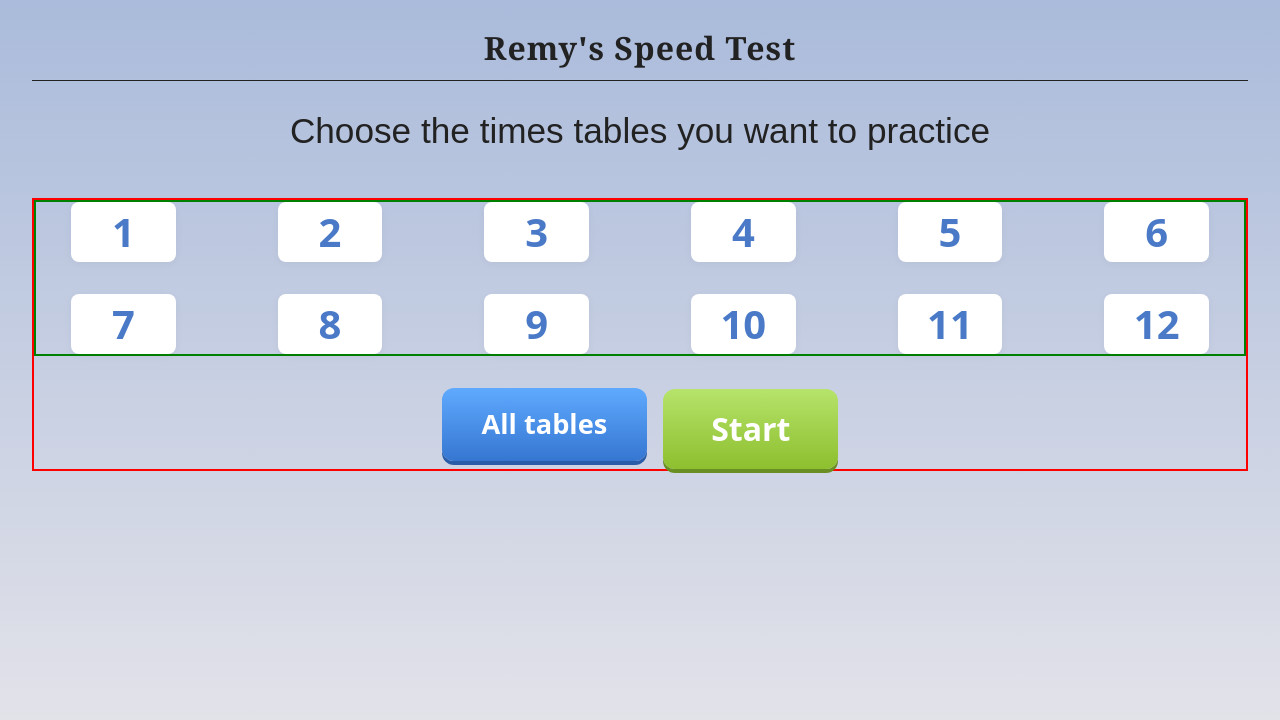
Repository: Chinurum-Omenuko/remys-speed-test
Page: / (app in app/)
These files come from the project's save history. The page is drawn as it stood at one moment and after the next save; the edit follows.
The browser window is 1280 px wide. The pictures show the whole page.
The project was rebuilt for these pictures with package versions that can differ from the ones it lists, and the page was loaded fresh each time. The framework's server and built-in components were replaced by stand-ins that run in the browser. Also part of the build but not shown: app/svelte.config.js, app/vite.config.ts.

Above is the page before, as saved 2025-11-17 12:48:18.

### app/src/routes/+page.svelte

<script lang="ts">
	import { goto } from "$app/navigation";
	import { GameStore } from "../stores/gameStore.svelte";

	let store = GameStore;
	let chosenTables = store.getTables()
	const tables = Array.from({ length: 12 }, (_, i) => i + 1);

	function selectTable(table: number) {
		store.addTables(table)
	}

	function allTables(){
		tables.forEach(table => {
			let index = chosenTables.indexOf(table)
			if(!chosenTables.includes(table)){
				selectTable(table)
				return
			}
			chosenTables.splice(index, 1)
		});
	}


	function start() {
		store.generateQuestions(chosenTables)
		goto("/test")
	}



	function lastResults() {
		alert('Show last results');
	}
</script>
<div class="landing-bg">
	<div style="padding: 1.5rem 2rem 0 2rem;">
		<h1 class="title">Remy's Speed Test</h1>
		<div class="dotted"></div>
		<h2 class="subtitle">Choose the times tables you want to practice</h2>
		<div class="content">
			<div class="tables-grid">
				{#each tables as table}
					<button
						type="button"
						class="table-btn {chosenTables.includes(table) ? 'selected' : ''}"
						on:click={() => {

							selectTable(table)
							}}
						aria-pressed={chosenTables[table] === table}
					>
						{table}
					</button>
				{/each}
			</div>
			<div class="actions">
				<div class="left-actions">
					{#if chosenTables.length == 12}
						<button class="blue-btn" on:click={allTables}>Deselect All Tables</button>
					{:else}
						<button class="blue-btn" on:click={allTables}>All tables</button>
					{/if}
				</div>
				<button class="green-btn" on:click={start}>Start</button>
			</div>
		</div>
	</div>
</div>

<style>
	.landing-bg {
		background: linear-gradient(180deg, #aabbdb, #e2e2e9);
		min-height: 100vh;
		max-width: 100vw;
		padding: 0;
		margin: 0;
	}
	.title {
		font-size: 2rem;
		font-weight: 700;
		margin: 0 0 0.5rem 0;
		letter-spacing: 1px;
		color: #222;
		font-family: Georgia, 'Times New Roman', Times, serif;
		text-align: center;
	}
	.dotted {
		border-bottom: 1px solid #222;
		margin-bottom: 1.5rem;
	}
	.subtitle {
		font-size: 2.2rem;
		font-weight: 100;
		margin-bottom: 2.5rem;
		text-align: center;
		color: #222;
		font-family: Arial, Helvetica, sans-serif;
	}

	.content{
		display: flex;
		flex-direction: column;
		border: solid 2px red;
		justify-content: center;
		align-items: center;
		max-width: 100vw;
		max-height: 80vh;
	}
	.tables-grid {
		display: grid;
		grid-template-columns: repeat(6, 1fr);
		gap: 2rem;
		border: solid 2px green;
		width: 100%;
	}
	.table-btn {
		background: #fff;
		border-radius: 8px;
		font-size: 2.5rem;
		font-weight: 700;
		color: #4a7ac7;
		width: 60%;
		height: 100%;
		display: flex;
		align-items: center;
		justify-content: center;
		cursor: pointer;
		transition: box-shadow 0.2s, border 0.2s;
		margin: 0 auto;
		box-shadow: 0 2px 8px rgba(0,0,0,0.04);
	}
	.table-btn.selected {
		border: 3px solid #2e5eaa;
		background: #eaf1ff;
		color: #2e5eaa;
	}
	.actions {
		display: flex;
		justify-content: space-between;
		align-items: flex-end;
		max-width: 1200px;
		margin: 2rem auto 0 auto;
	}
	.left-actions {
		display: flex;
		flex-direction: column;
		gap: 1.2rem;
	}
	.blue-btn {
		background: linear-gradient(180deg, #5faaff 0%, #3576d1 100%);
		color: #fff;
		font-size: 1.7rem;
		font-weight: 600;
		border: none;
		border-radius: 12px;
		padding: 1rem 2.5rem;
		box-shadow: 0 4px 0 #2b5ca7;
		cursor: pointer;
		margin-bottom: 0.5rem;
		transition: background 0.2s;
	}
	.blue-btn:active {
		background: #3576d1;
	}
	.green-btn {
		background: linear-gradient(180deg, #b6e36b 0%, #8dbf2e 100%);
		color: #fff;
		font-size: 2rem;
		font-weight: 700;
		border: none;
		border-radius: 12px;
		padding: 1rem 3rem;
		box-shadow: 0 4px 0 #6b8e23;
		cursor: pointer;
		margin-left: 1rem;
		transition: background 0.2s;
	}
	.green-btn:active {
		background: #8dbf2e;
	}

	/* 640px: small tablet */
	/* @media (min-width: 640px) {
		.tables-grid {
			grid-template-columns: repeat(3, 1fr);
			border: red;
		}
		.table-btn {
			width: 100px;
			height: 80px;
			font-size: 1.5rem;
		}
		.actions {
			flex-direction: column;
			align-items: stretch;
			gap: 2rem;
		}
	}

	/* 768px: tablet portrait */
	/* @media (min-width: 768px) {
		.tables-grid {
			grid-template-columns: repeat(3, 1fr);
			border: red;
		}
		.table-btn {
			width: 100px;
			height: 80px;
			font-size: 1.5rem;
		}
		.actions {
			flex-direction: column;
			align-items: stretch;
			gap: 2rem;
		}
	} */

	/* 1024px: tablet landscape / small laptop */
	/* @media (min-width: 1024px) {
		.tables-grid {
			grid-template-columns: repeat(4, 1fr);
		}
		.table-btn {
			width: 140px;
			height: 110px;
			font-size: 2rem;
		}
		.actions {
			flex-direction: row;
			align-items: center;
			gap: 1rem;
		}
	} */

	/* @media (min-width: 1200px) and (max-height: 700px) {

	} */


	/* 1280px: laptop */
	/* @media (min-width: 1280px) {} */

	/* 1536px: large desktop */
	/* @media (min-width: 1536px) {} */




</style>

### app/src/stores/gameStore.svelte.ts
import { writable } from "svelte/store";
import { createQuestions } from "../utils/gameUtils";

function createGameStore(){
    let allQuestions = $state<any[]>([])
    let selectedTables: number[] = $state([])


    return{
        selectedTables,
        get allQuestions(){
            return allQuestions;
        },
        clearSelectedTables: () => {
            selectedTables = []
        },
        getTables: () => selectedTables,
        addTables: (table: number) => {
            let index = selectedTables.indexOf(table)

            if(!selectedTables.includes(table)){
                selectedTables.push(table)
                return
            }

            selectedTables.splice(index,1)

        },
        generateQuestions: (table: number[]) => {
            let questions = createQuestions(table)

            let flat = Object.values(questions).flat();
            allQuestions = [...allQuestions, ...flat];


        },

        removeQuestions: () => allQuestions = []
    }
}

export const GameStore = createGameStore()

### app/src/utils/gameUtils.ts
function makeQuestionObject(table: number){
    let questionsObjectArray = []
    for (let i = 1; i <= 12; i++){
        let question = {
            id: table + '-' + i,
            table: table,
            multiplier: i,
            question: `${table} x ${i}`,
            answer: table * i
        };
        questionsObjectArray.push(question);
    }
    return questionsObjectArray;
}

export function createQuestions(timeTable: number[]){
    let questions = {};

    timeTable.forEach(table => {
        let objectArray = makeQuestionObject(table)
        questions[table] = objectArray
    });
    return questions
}

Loaded but not shown: app/src/app.html (common file); app/src/routes/+layout.svelte (common file); app/src/app.css (common file)

After the next save:
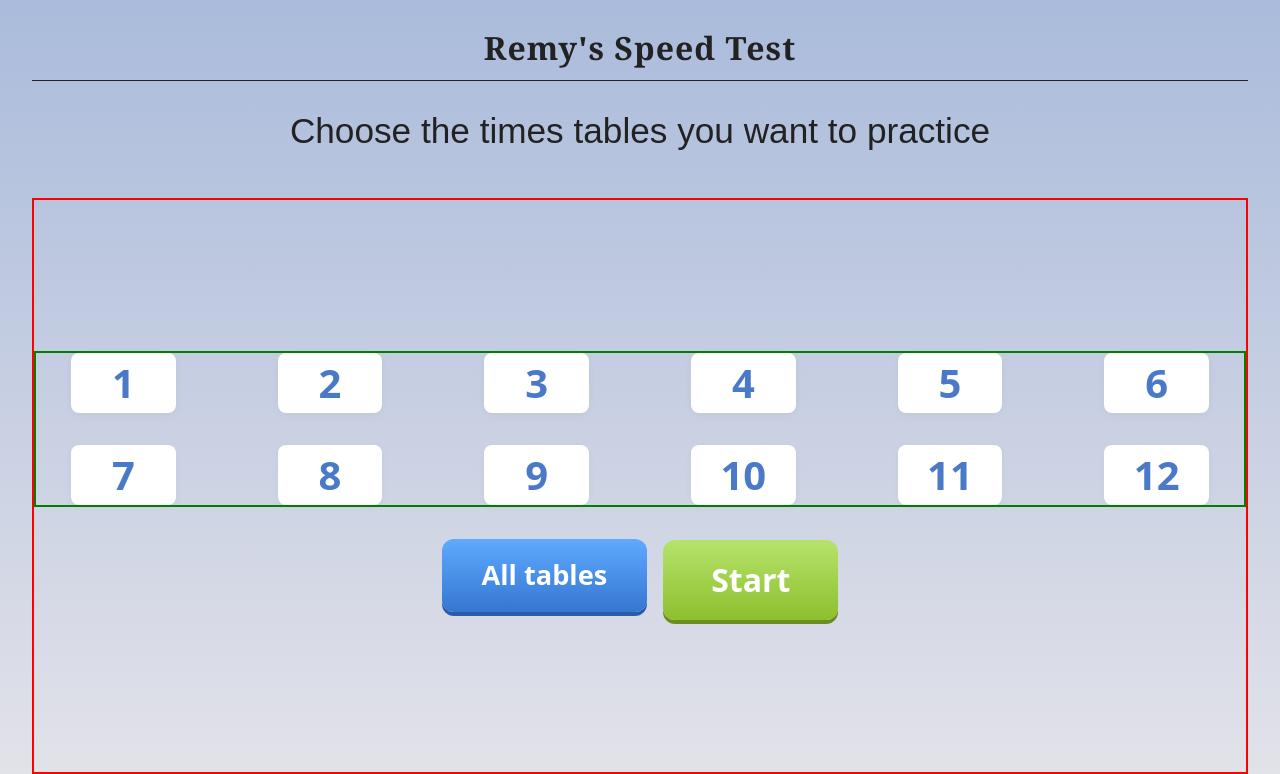
Saved 8 s later.
--- a/app/src/routes/+page.svelte
+++ b/app/src/routes/+page.svelte
@@ -106,7 +106,7 @@
 		justify-content: center;
 		align-items: center;
 		max-width: 100vw;
-		max-height: 80vh;
+		min-height: 80vh;
 	}
 	.tables-grid {
 		display: grid;
